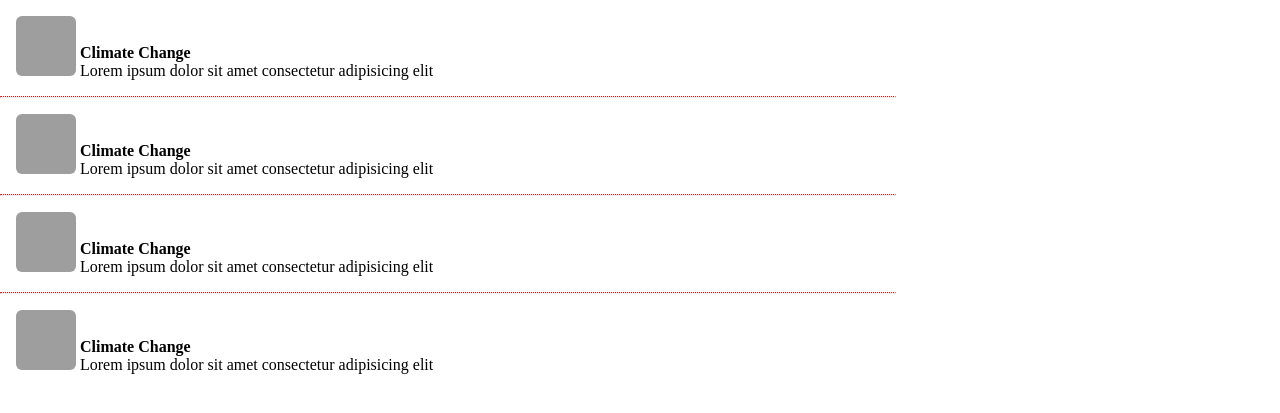
Repository: longNT0dev/C4E132
Page: SS3/index.html
These files come from the project's save history. The page is drawn as it stood at one moment and after a run of saves; the edit follows.
The browser window is 1280 px wide. The pictures show the whole page.
Pictures or frames that could not be fetched are drawn as grey boxes.

Above is the page before, as saved 2022-09-28 22:04:14.

After the next 2 saves:
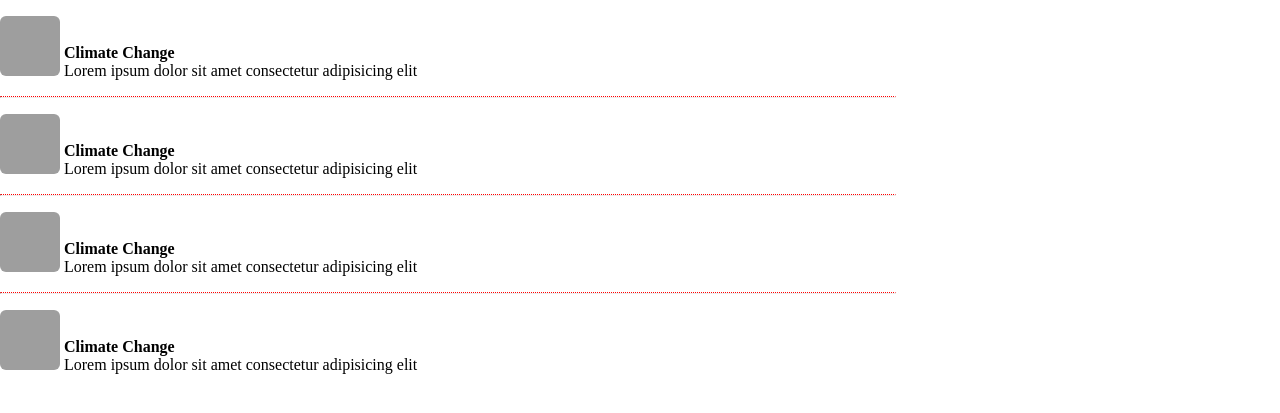
The 2 saves are shown as one change because they came seconds apart.
The last was saved 15 s later.
--- a/SS3/style.css
+++ b/SS3/style.css
@@ -31,6 +31,7 @@
 .container {
     width: 70%;
     height: auto;
+
 }
 
 .container hr {
@@ -40,7 +41,7 @@
 .item {
     width: 100%;
     height: 23%;
-    margin: 16px 16px;
+    margin: 16px 0px;
 }
 
 .item img {

After the 2 saves that followed:
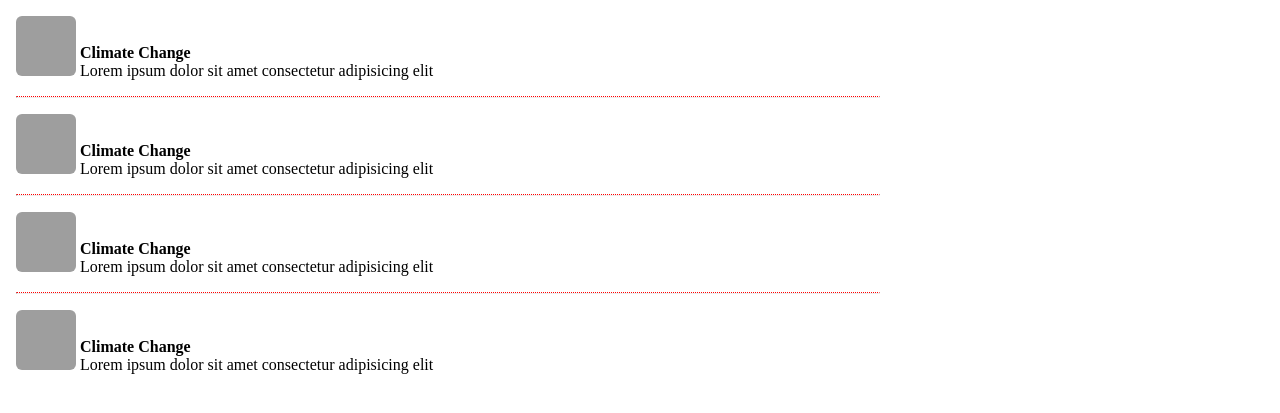
The 2 saves are shown as one change because 1 left the picture as it was.
The last was saved 10 s later.
--- a/SS3/style.css
+++ b/SS3/style.css
@@ -31,7 +31,7 @@
 .container {
     width: 70%;
     height: auto;
-
+    padding: 0px 16px;
 }
 
 .container hr {
